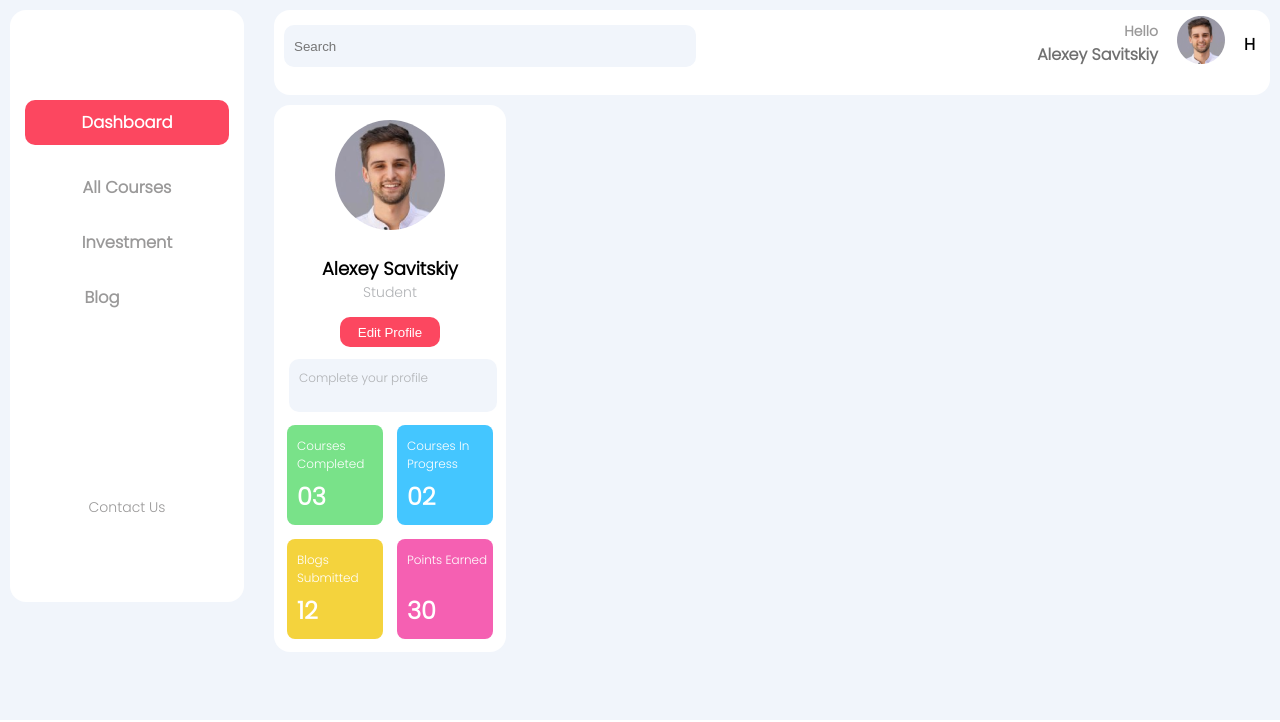
Repository: Anuruddha00/dashboard-design
Page: /
These files come from the project's save history. The page is drawn as it stood at one moment and after the next save; the edit follows.
The browser window is 1280 px wide. The pictures show the whole page.
The project was rebuilt for these pictures with package versions that can differ from the ones it lists, and the page was loaded fresh each time.

Above is the page before, as saved 2021-05-07 14:29:16.

### public/index.html
<!DOCTYPE html>
<html lang="en">
  <head>
    <meta charset="utf-8" />
    <link rel="icon" href="%PUBLIC_URL%/favicon.ico" />
    <meta name="viewport" content="width=device-width, initial-scale=1" />
    <meta name="theme-color" content="#000000" />
    <meta
      name="description"
      content="Web site created using create-react-app"
    />
    <link rel="apple-touch-icon" href="%PUBLIC_URL%/logo192.png" />

    <link rel="preconnect" href="https://fonts.gstatic.com">
    <link href="https://fonts.googleapis.com/css2?family=Poppins:wght@300&display=swap" rel="stylesheet">

    <!--
      manifest.json provides metadata used when your web app is installed on a
      user's mobile device or desktop. See https://developers.google.com/web/fundamentals/web-app-manifest/
    -->
    <link rel="manifest" href="%PUBLIC_URL%/manifest.json" />
    <!--
      Notice the use of %PUBLIC_URL% in the tags above.
      It will be replaced with the URL of the `public` folder during the build.
      Only files inside the `public` folder can be referenced from the HTML.

      Unlike "/favicon.ico" or "favicon.ico", "%PUBLIC_URL%/favicon.ico" will
      work correctly both with client-side routing and a non-root public URL.
      Learn how to configure a non-root public URL by running `npm run build`.
    -->
    <title>React App</title>
  </head>
  <body>
    <noscript>You need to enable JavaScript to run this app.</noscript>
    <div id="root"></div>
    <!--
      This HTML file is a template.
      If you open it directly in the browser, you will see an empty page.

      You can add webfonts, meta tags, or analytics to this file.
      The build step will place the bundled scripts into the <body> tag.

      To begin the development, run `npm start` or `yarn start`.
      To create a production bundle, use `npm run build` or `yarn build`.
    -->
  </body>
</html>

### src/index.js
import React from 'react';
import ReactDOM from 'react-dom';
import Dashboard from './containers/Dashboard/Dashboard';
import reportWebVitals from './reportWebVitals';

ReactDOM.render(
  <React.StrictMode>
    <Dashboard />
  </React.StrictMode>,
  document.getElementById('root')
);

// If you want to start measuring performance in your app, pass a function
// to log results (for example: reportWebVitals(console.log))
// or send to an analytics endpoint. Learn more: https://bit.ly/CRA-vitals
reportWebVitals();

### src/containers/Dashboard/Dashboard.js
import React from 'react';
import './Dashboard.scss';

const dashboard = () =>{

    return(
        <div className='container'>
            <div className='dashboard'>
                <div className='dashboardSideBar'>
                   <div className='dashboardSideBarTitle'>
                        <h3 className='dashboardSideBarTitleDashboard'>Dashboard</h3>
                        <h3 className='dashboardSideBarTitleCourses'>All Courses</h3>
                        <h3 className='dashboardSideBarTitleInvestment'>Investment</h3>
                        <h3 className='dashboardSideBarTitleBlog'>Blog</h3>
                   </div>
                   <div className='dashboardSideBarContact'>
                        <p>Contact Us</p>
                   </div>
                </div>
                <div className='dashboardMenu'>
                    <section className='content'>
                        <nav className='contentNavbar'>
                            <div className='contentNavbarSearch'>
                                <form>
                                    <input type='text' placeholder='Search'/>
                                </form>
                            </div>
                            <div className='contentNavbarProfile'>
                                <div className='contentNavbarProfileName'>
                                    <h3>Hello</h3>
                                    <h2>Alexey Savitskiy</h2>
                                </div>
                                <img src='./assets/Image 9.png'/>
                                <h1>H</h1>
                            </div>
                        </nav>
                        <div className='contentBody'>
                            <section className='details'>
                                <div className='detailsAbout'>
                                    <div className='detailsAboutProfile'>
                                        <img src='./assets/Image 12.png'/>
                                        <h3>Alexey Savitskiy</h3>
                                        <p>Student</p>
                                        <button>Edit Profile</button>
                                    </div>
                                    <div className='detailsAboutComplete'>
                                        <p>Complete your profile</p>
                                    </div>
                                    <div className='detailsAboutProgress'>
                                        <div className='detailsAboutProgressCompleted'>
                                            <p>Courses Completed</p>
                                            <h1>03</h1>
                                        </div>
                                        <div className='detailsAboutProgressContinue'>
                                            <p>Courses In Progress</p>
                                            <h1>02</h1>
                                        </div>
                                        <div className='detailsAboutProgressBlogs'>
                                            <p>Blogs Submitted</p>
                                            <h1>12</h1>
                                        </div>
                                        <div className='detailsAboutProgressPoints'>
                                            <p>Points Earned</p>
                                            <h1>30</h1>
                                        </div>
                                    </div>
                                </div>
                            </section>
                        </div>
                   </section>
                </div>
            </div>
        </div>
    )

}
export default dashboard;

### src/containers/Dashboard/Dashboard.scss

body{
    margin: 0;
    padding: 0;
    font-size: 0.875rem;
    font-family: 'Poppins', sans-serif;

}

.container{
    background: #f1f5fb;
    height: 100vh;

    .dashboard{
        display: grid;
        grid-template-columns: 1fr 4fr;
        gap:10px;
        grid-auto-rows: minmax(100px, auto);

        &SideBar{
            grid-column: 1;
            grid-row: 1 / 5;
            padding-bottom: 70px;
            border-radius: 16px;
            background: #ffffff;
            margin: 10px;

            &Title{
                margin-top: 90px;
                font-size: 14px;

                &Dashboard{
                    background:#fc4760;
                    border-radius: 10px;
                    text-align: center;
                    padding: 10px 10px 10px 10px;
                    margin: 10px 15px 10px 15px;
                    color: #ffffff;

                }
                &Courses{
                    text-align: center;
                    margin-top: 30px;
                    color: #9a9999;
                }
                &Investment{
                    text-align: center;
                    margin-top: 30px;
                    color: #9a9999;
                }
                &Blog{
                    text-align: center;
                    margin-top: 30px;
                    margin-right: 50px;
                    color: #9a9999;
                }
            }
            &Contact{
                margin-top: 80%;

                p{
                    text-align: center;
                    color: #9a9999;
                    font-size: 14px;
                }

            }
        }
        &Menu{
            // border: 1px solid red;
            grid-column: 2;
            grid-row: 1 / 6;
            margin: 10px;

            .content{
                display: grid;
                grid-template-rows:1fr 7fr ;
                gap:10px;

                &Navbar{
                    display: grid;
                    grid-template-columns: 1fr 1fr;
                    background: #ffffff;
                    border-radius: 16px;

                    &Search{

                        input{
                            background: #f1f5fb;
                            border-style: none;
                            padding-left: 10px;
                            width: 400px;
                            height: 40px;
                            margin: 15px 0 0 10px;
                            border-radius: 10px;

                        }
                    }
                    &Profile{
                        display: flex;
                        flex-direction: row;
                        justify-content: flex-end;
                        gap: 1em;
                        margin-right: 15px;
                        align-items: center;
                        height: 68px;

                        &Name{
                            text-align: end;
                            margin-top: 0;

                            h3{
                                color: #9a9999;
                                margin: 0;
                                font-size: 14px;
                            }
                            h2{
                                margin: 0;
                                font-size: 16px;
                                color: #707070;
                            }
                        }
                    }
                }
                &Body{
                    display: grid;
                    grid-template-columns: 2fr 4fr 3fr;
                   margin-bottom: 50px;

                    .details{
                        border-radius: 16px;
                        background: #ffffff;

                        &About{

                            &Profile{
                                text-align: center;
                                margin-top: 15px;

                                h3{
                                    font-size: 18px;
                                    margin: 0;
                                }
                                p{
                                    color: #b0b2b5;
                                    margin-top: 0;
                                }
                                button{
                                    border-style: none;
                                    border-radius: 10px;
                                    width: 100px;
                                    height: 30px;
                                    color: #ffffff;
                                    background: #fc4760;

                                }
                            }
                            &Complete{
                                background: #f1f5fb;
                                border-radius: 10px;
                                color: #b0b2b5;
                                height: 53px;
                                width: 208px;
                                font-size: 12px;
                                margin-left: 15px;

                                p{
                                    padding-left: 10px;
                                    padding-top: 10px;
                                }
                            }
                            &Progress{
                                display: grid;
                                grid-template-columns: 1fr 1fr;
                                margin: 13px;
                                gap: 1em;
                                color: #ffffff;

                                p{
                                    font-size: 12px;
                                    padding-left: 10px;
                                }


                                &Completed{
                                    background: #79e289;
                                    border-radius: 8px;
                                    width: 96px;
                                    height: 100px;
                                    position: relative;

                                    h1{
                                        font-size: 24px;
                                        position: absolute;
                                        left: 10px;
                                        top: 30px;
                                    }

                                }
                                &Continue{
                                    background:  #44c6ff;
                                    border-radius: 8px;
                                    width: 96px;
                                    height: 100px;
                                    position: relative;

                                    h1{
                                        font-size: 24px;
                                        position: absolute;
                                        left: 10px;
                                        top: 30px;
                                    }

                                }
                                &Blogs{
                                    background:  #f4d33d;
                                    border-radius: 8px;
                                    width: 96px;
                                    height: 100px;
                                    position: relative;

                                    h1{
                                        font-size: 24px;
                                        position: absolute;
                                        left: 10px;
                                        top: 30px;
                                    }
                                }
                                &Points{
                                    background: #f560b2;
                                    border-radius: 8px;
                                    width: 96px;
                                    height: 100px;
                                    position: relative;

                                    h1{
                                        font-size: 24px;
                                        position: absolute;
                                        left: 10px;
                                        top: 30px;
                                    }

                                }

                            }
                        }
                    }
                }
            }
        }
    }
}

Loaded but not shown: src/reportWebVitals.js (common file)

After the next save:
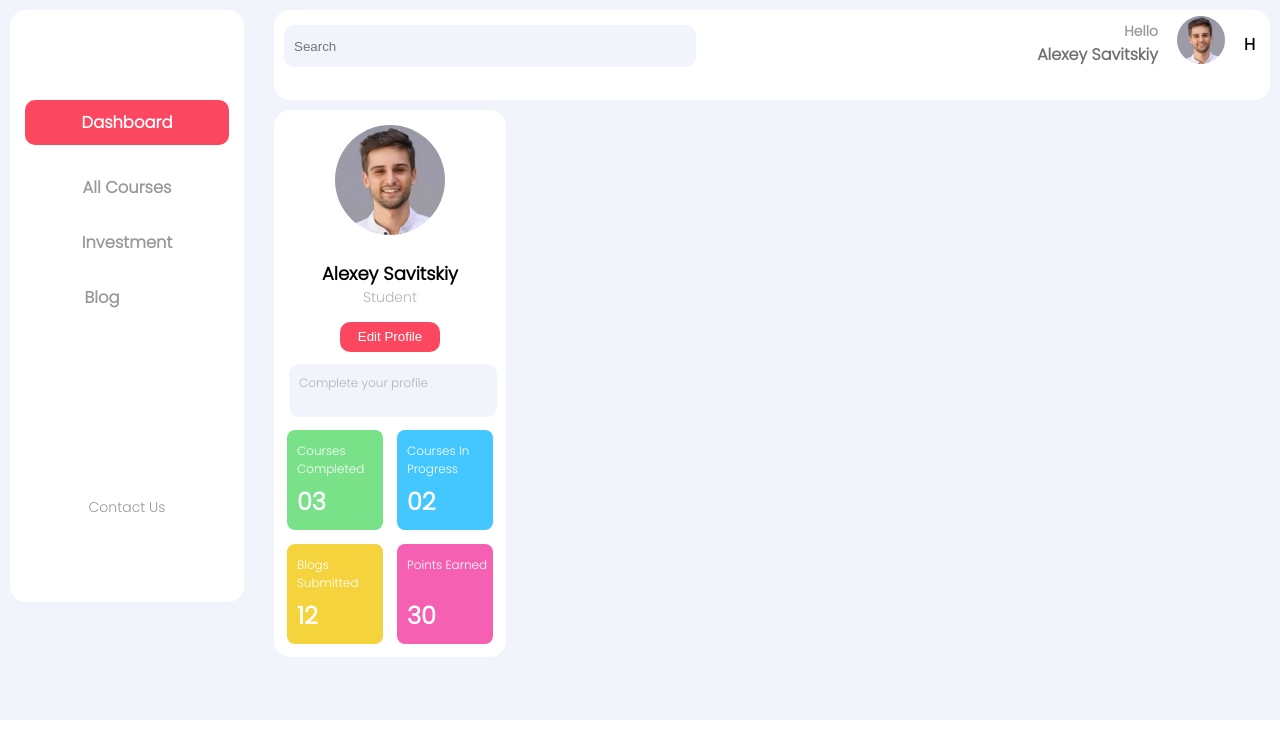
Saved 6 s later.
--- a/src/containers/Dashboard/Dashboard.scss
+++ b/src/containers/Dashboard/Dashboard.scss
@@ -125,7 +125,7 @@ body{
                 &Body{
                     display: grid;
                     grid-template-columns: 2fr 4fr 3fr;
-                   margin-bottom: 50px;
+                   margin-bottom: 80px;
 
                     .details{
                         border-radius: 16px;
